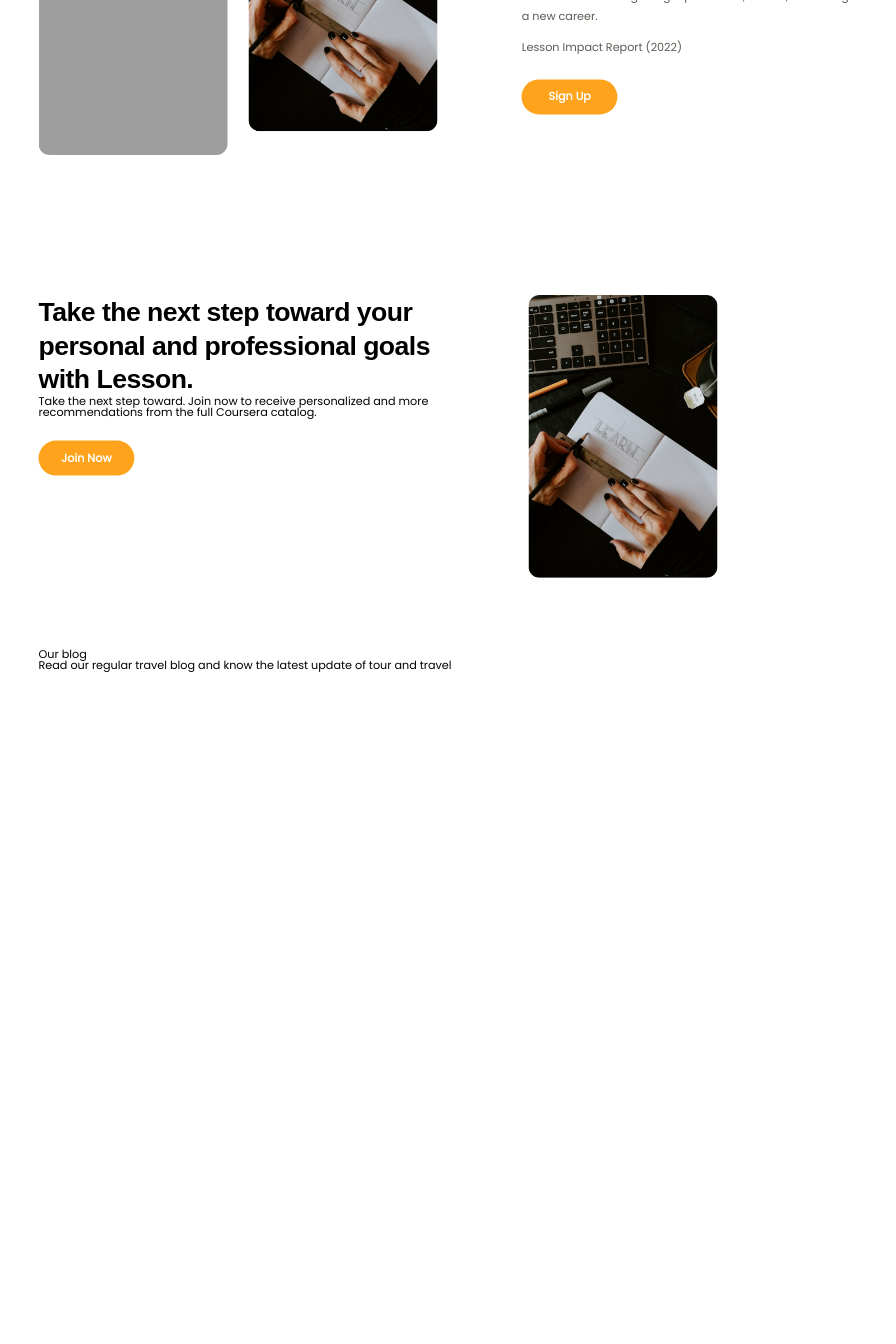
Repository: nguyendonghieu1011-png/figma-to-html1
Page: index.html
The author's editor kept a copy of each file at every save. The page is drawn from the files as they stood at one save, then again after the next save.
The browser window is 1280 px wide. The pictures show the part of the page from y = 2748 to 4668 px (the page is 10000 px tall), at 70% of full size.
Pictures or frames that could not be fetched are drawn as grey boxes. A picture or video elsewhere on the page could not be fetched, so the positions and the page height are approximate. Some web fonts or font styles are not loaded; a fallback is used. Some web libraries are served in a nearby version.

Above is the page before, as saved 2026-01-06 17:15:28.

After the next save:
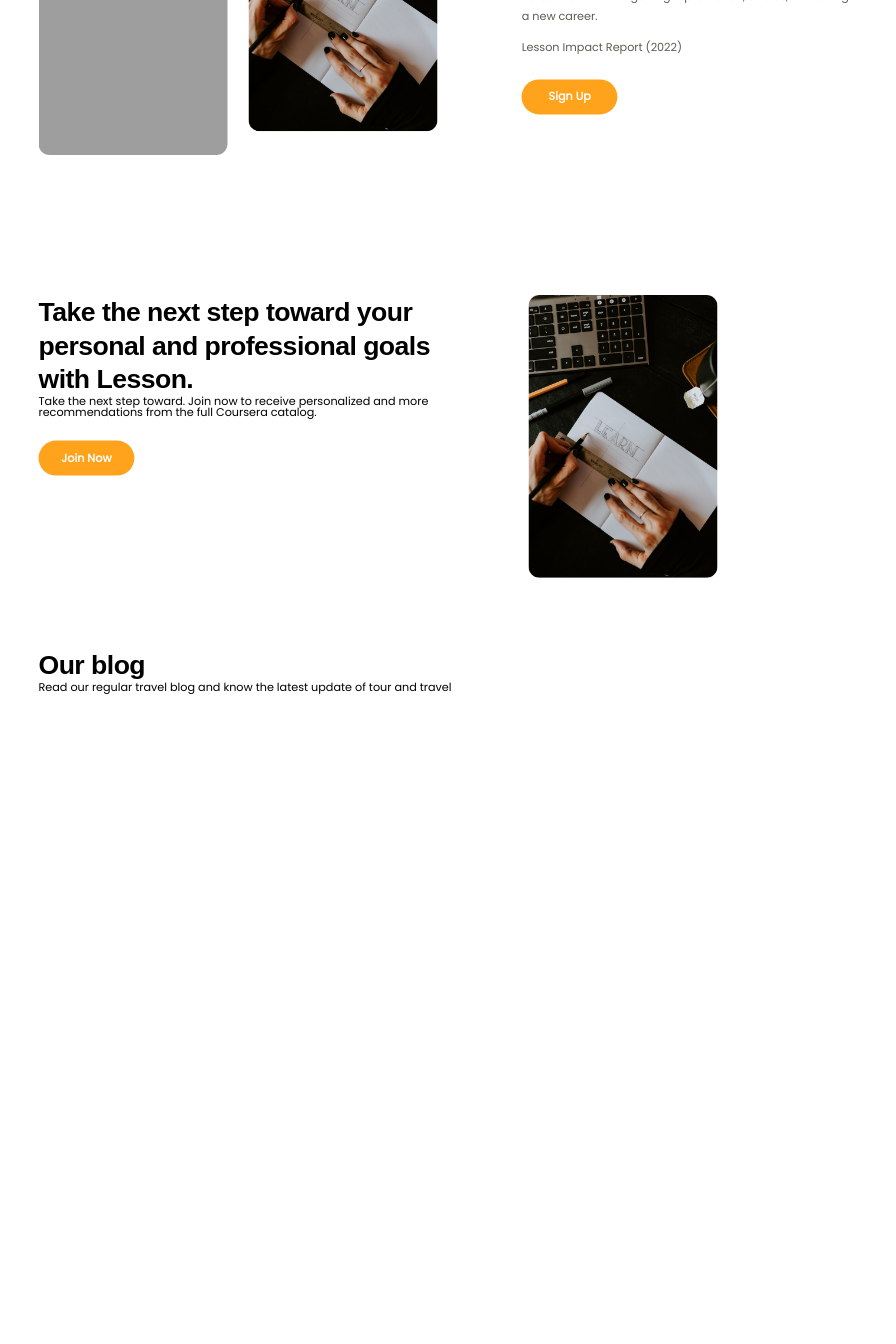
Saved 22 s later.
--- a/index.html
+++ b/index.html
@@ -300,7 +300,7 @@
     <div class="blog">
       <div class="main content">
         <div class="blog-top">
-          <h2 >Our blog</h2>
+          <h2 class="heading-lv2">Our blog</h2>
           <p class="desc">Read our regular travel blog and know the latest update of tour and travel</p>
         </div>
       </div>
